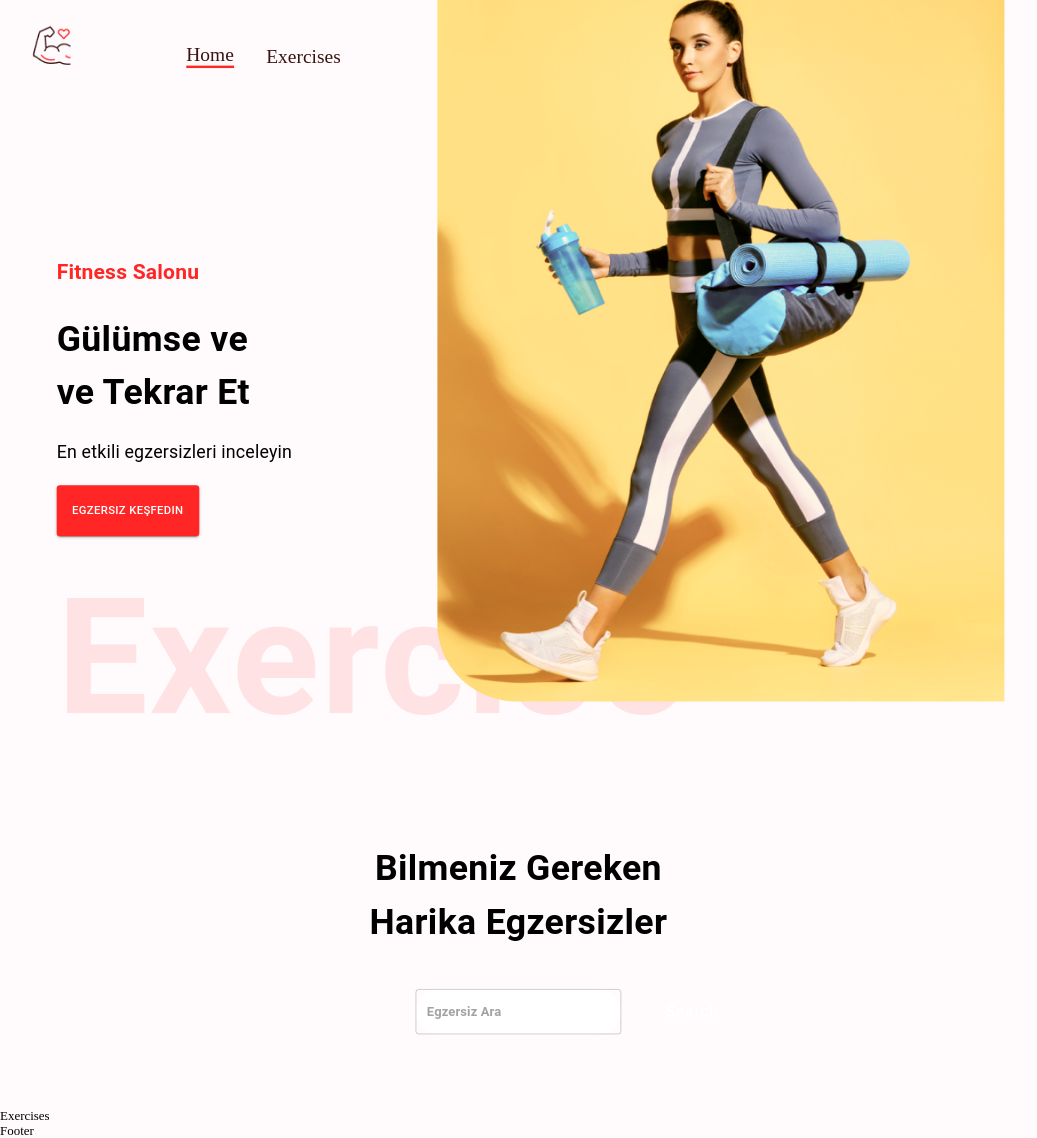
Repository: Kubraaygun/Gym_App
Page: /
These files come from the project's save history. The page is drawn as it stood at one moment and after the next save; the edit follows.
The browser window is 1280 px wide. The pictures show the whole page, at 81% of full size.
The project was rebuilt for these pictures with package versions that can differ from the ones it lists, and the page was loaded fresh each time. Also part of the build but not shown: src/pages/ExerciseDetail.js.

Above is the page before, as saved 2025-01-25 18:08:12.

### src/App.js
import React from "react";
import "./App.css";
import { Route, Routes } from "react-router-dom";
import { Box } from "@mui/material";

import Navbar from "./components/Navbar";
import Footer from "./components/Footer";
import ExerciseDetail from "./pages/ExerciseDetail";
import Home from "./pages/Home";

const App = () => {
  return (
    <Box width="400px" sx={{ width: { xl: "1488" } }} m="auto">
      <Navbar />
      <Routes>
        <Route path="/" element={<Home />} />
        <Route path="/exercise/:id" element={<ExerciseDetail />} />
      </Routes>
      <Footer />
    </Box>
  );
};

export default App;

### src/components/Navbar.js
import React from "react";
import { Link } from "react-router-dom";
import { Stack } from "@mui/material";
import Logo from "../assets/images/Logo.png";
const Navbar = () => {
  return (
    <Stack
      direction="row"
      justifyContent="space-around"
      sx={{
        gap: { sm: "122px", sx: "40px" },
        mt: { sm: "32px", xs: "20px" },
        justifyContent: "none",
      }}
      px="20px"
    >
      <Link>
        <img
          src={Logo}
          alt="logo"
          style={{ width: "48px", height: "48px", margin: "0 20px" }}
        />
      </Link>
      <Stack direction="row" gap="40px" fontSize="24px" alignItems="flex-end">
        <Link
          to="/"
          style={{
            textDecoration: "none",
            color: "#3A1212",
            borderBottom: "3px solid #FF2625",
          }}
        >
          Home
        </Link>
        <a
          href="#exercises"
          style={{
            textDecoration: "none",
            color: "#3A1212",
          }}
        >
          Exercises
        </a>
      </Stack>
    </Stack>
  );
};

export default Navbar;

### src/pages/Home.js
import React, { useState } from "react";
import { Box } from "@mui/material";
import SearchExercises from "../components/SearchExercises";
import Exercises from "../components/Exercises";
import HeroBanner from "../components/HeroBanner";

const Home = () => {
  return (
    <Box>
      <HeroBanner />
      <SearchExercises />
      <Exercises />
    </Box>
  );
};

export default Home;

### src/components/SearchExercises.js
import React, { useState, useEffect } from "react";
import { Box, Button, Stack, TextField, Typography } from "@mui/material";
const SearchExercises = () => {
  return (
    <Stack alignItems="center" mt="37px" justifyContent="center" p="20px">
      <Typography
        fontWeight={700}
        sx={{ fontSize: { lg: "44px", sx: "30px" } }}
        mb="50px"
        textAlign="center"
      >
        Bilmeniz Gereken <br /> Harika Egzersizler
      </Typography>
      <Box position="relative" mb="72px">
        <TextField
          sx={{
            input: { fontWeight: "700", border: "none", borderRadius: "4px" },
            width: { lg: "800", xs: "350" },
            backgroundColor: "#fff",
            borderRadius: "40px",
          }}
          height="76px"
          value=""
          onChange={(e) => {}}
          placeholder="Egzersiz Ara"
          type="text"
        />
        <Button
          className="search-btn"
          sx={{
            bgColor: "#FF2625",
            color: "#fff",
            textTransform: "none",
            width: { lg: "175px", sx: "80px" },
            fontSize: { lg: "20px", sx: "14px" },
            height: "56px",
            position: "absolute",
          }}
        >
          Search
        </Button>
      </Box>
    </Stack>
  );
};

export default SearchExercises;

### src/components/HeroBanner.js
import React from "react";
import { Box, Stack, Typography, Button } from "@mui/material";
import HeroBannerImage from "../assets/images/banner.png";

const HeroBanner = () => {
  return (
    <Box
      sx={{ mt: { lg: "212px", sx: "70px" }, ml: { sm: "50px" } }}
      position="relative"
      p="20px"
    >
      <Typography color="#FF2625" fontWeight="600" fontSize="26px">
        Fitness Salonu
      </Typography>
      <Typography
        fontWeight={700}
        sx={{ fontSize: { lg: "44px", sx: "40px" } }}
        mb="23px"
        mt="30px"
      >
        Gülümse ve <br /> ve Tekrar Et
      </Typography>
      <Typography fontSize="22px" lineHeight="35px" mb={3}>
        En etkili egzersizleri inceleyin
      </Typography>
      <Button
        variant="contained"
        color="error"
        href="#exercises"
        sx={{ backgroundColor: "#ff2625", padding: "19px" }}
      >
        Egzersiz keşfedin
      </Button>
      <Typography
        fontWeight={600}
        color="#ff2625"
        sx={{ opacity: 0.1, display: { lg: "block", xs: "none" } }}
        fontSize="200px"
      >
        Exercise
      </Typography>
      <img src={HeroBannerImage} alt="banner" className="hero-banner-img" />
    </Box>
  );
};

export default HeroBanner;

Loaded but not shown: public/index.html (common file); src/index.js (common file); src/App.css (common file); src/components/Footer.js (common file); src/components/Exercises.js (common file)

After the next save:
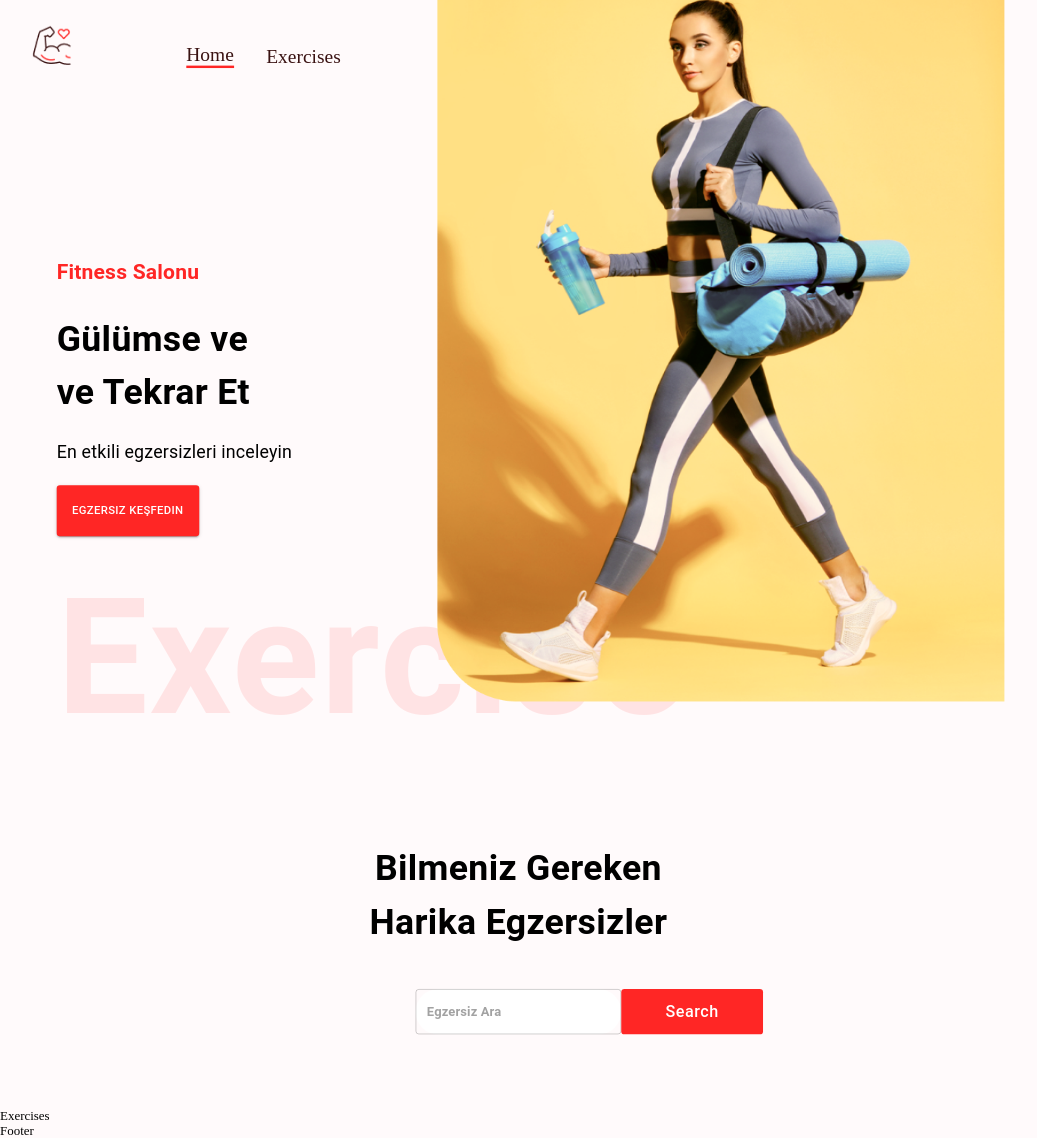
Saved 75 s later.
--- a/src/components/SearchExercises.js
+++ b/src/components/SearchExercises.js
@@ -28,7 +28,7 @@ const SearchExercises = () => {
         <Button
           className="search-btn"
           sx={{
-            bgColor: "#FF2625",
+            bgcolor: "#FF2625",
             color: "#fff",
             textTransform: "none",
             width: { lg: "175px", sx: "80px" },
